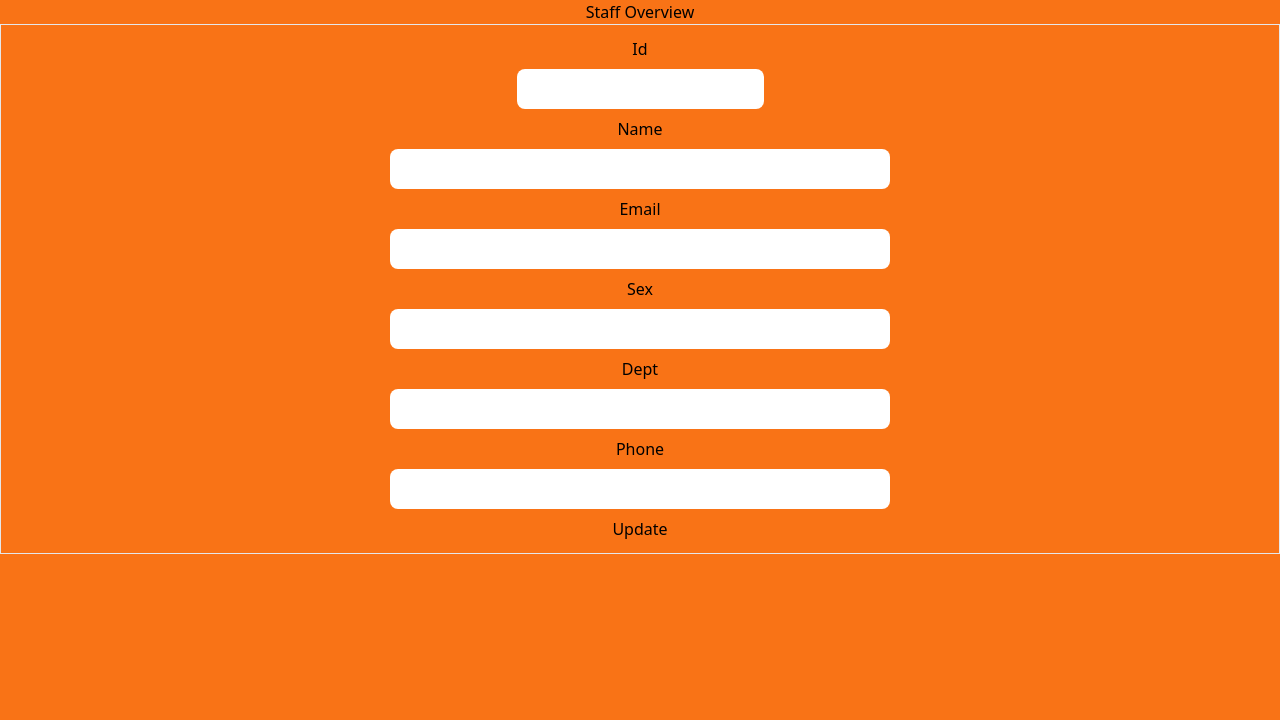
Repository: Semanmernstack/crud
Page: /employee/create
The author's editor kept a copy of each file at every save. The page is drawn from the files as they stood at one save, then again after the next save.
The browser window is 1280 px wide. The pictures show the whole page.
The project was rebuilt for these pictures with package versions that can differ from the ones it lists, and the page was loaded fresh each time. Also part of the build but not shown: src/List.js, src/Details.js, src/Edit.js.

Above is the page before, as saved 2022-12-24 01:47:59.

### src/App.js
import List from "./List";
import {
  BrowserRouter,
  Routes,
  Route,

} from "react-router-dom";
import Details from "./Details";
import Create from "./Create";
import Edit from "./Edit";



function App() {
  return (
    <div className="bg-slate-100 h-screen">
      <BrowserRouter>

      <Routes>
        <Route path="/" element={<List/>}> </Route>
        <Route path="/employee/create" element={<Create/>}> </Route>
        <Route path="/employee/details/:empid" element={<Details/>}> </Route>
        <Route path="/employee/edit/:empid" element={<Edit/>}> </Route>
      </Routes>
      </BrowserRouter>

    </div>
  );
}

export default App;

### src/Create.js
import React from 'react'

function Create() {
  return (
    <div className="flex flex-col h-screen bg-orange-500   text-center ">
        <div>
            <p>Staff Overview</p>
        </div>
        <form className="">
          <div className="flex text-center p-3 justify-center border  items-center flex-col gap-2">
            <div className="flex flex-col  items-center">
              <span>Id</span>
              <input className='w-full mt-2 outline-none border-none p-2 rounded-lg'   type="text" />
            </div>
            <div className="flex flex-col w-[500px] items-center">
              <span>Name</span>
              <input className='w-full mt-2 outline-none border-none p-2 rounded-lg' type="text" required />
            </div>
            <div className="flex flex-col w-[500px] items-center">
              <span>Email</span>
              <input className='w-full mt-2 outline-none border-none p-2 rounded-lg' type="email" />
            </div>
            <div className="flex flex-col w-[500px] items-center">
              <span>Sex</span>
              <input className='w-full mt-2 outline-none border-none p-2 rounded-lg' type="text" />
            </div>
            <div className="flex flex-col w-[500px] items-center">
              <span>Dept</span>
              <input className='w-full mt-2 outline-none border-none p-2 rounded-lg' type="text" />
            </div>
            <div className="flex flex-col w-[500px] items-center">
              <span>Phone</span>
              <input className='w-full mt-2 outline-none border-none p-2 rounded-lg' type="number" />
            </div>
            <button>Update</button>
          </div>
        </form>
    </div>
  )
}

export default Create

Loaded but not shown: public/index.html (common file); src/index.js (common file); src/index.css (common file); src/reportWebVitals.js (common file); tailwind.config.js (common file)

After the next save:
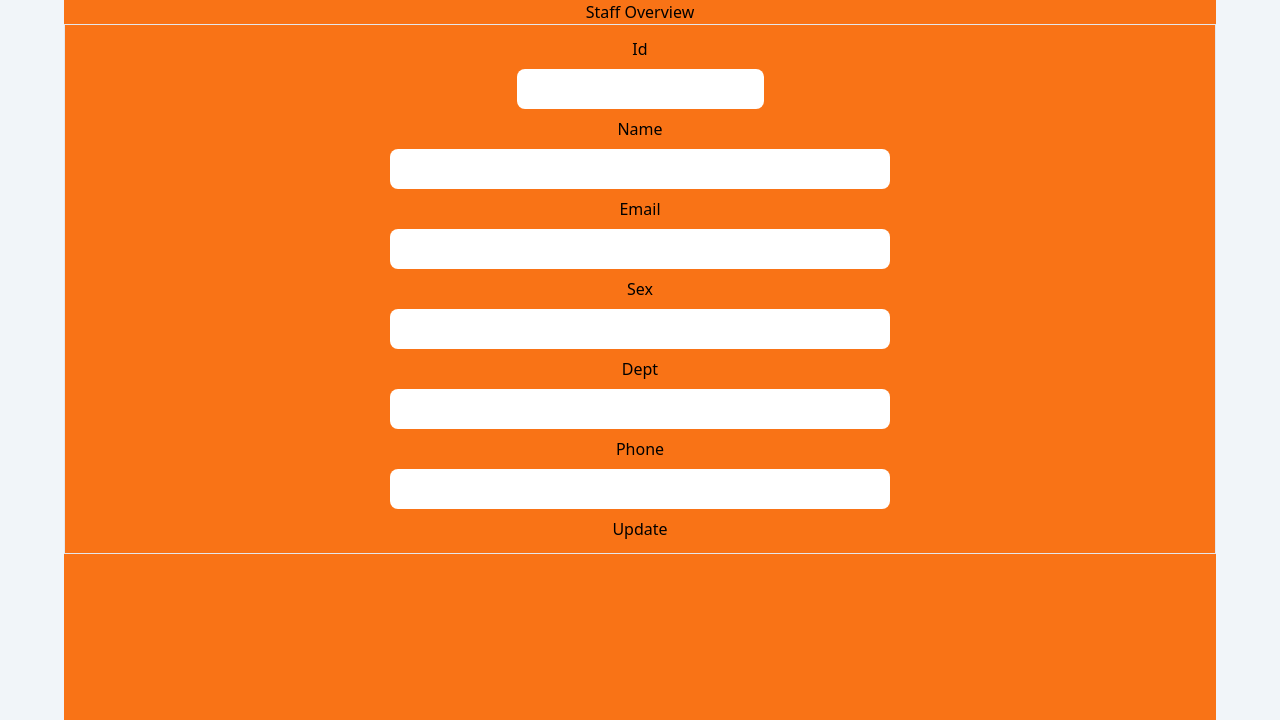
Saved 75 s later.
--- a/src/Create.js
+++ b/src/Create.js
@@ -2,12 +2,12 @@ import React from 'react'
 
 function Create() {
   return (
-    <div className="flex flex-col h-screen bg-orange-500   text-center ">
+    <div className="flex flex-col h-screen bg-orange-500 max-w-6xl mx-auto  text-center ">
         <div>
             <p>Staff Overview</p>
         </div>
         <form className="">
-          <div className="flex text-center p-3 justify-center border  items-center flex-col gap-2">
+          <div className="flex text-center p-3 justify-center border   items-center flex-col gap-2">
             <div className="flex flex-col  items-center">
               <span>Id</span>
               <input className='w-full mt-2 outline-none border-none p-2 rounded-lg'   type="text" />
